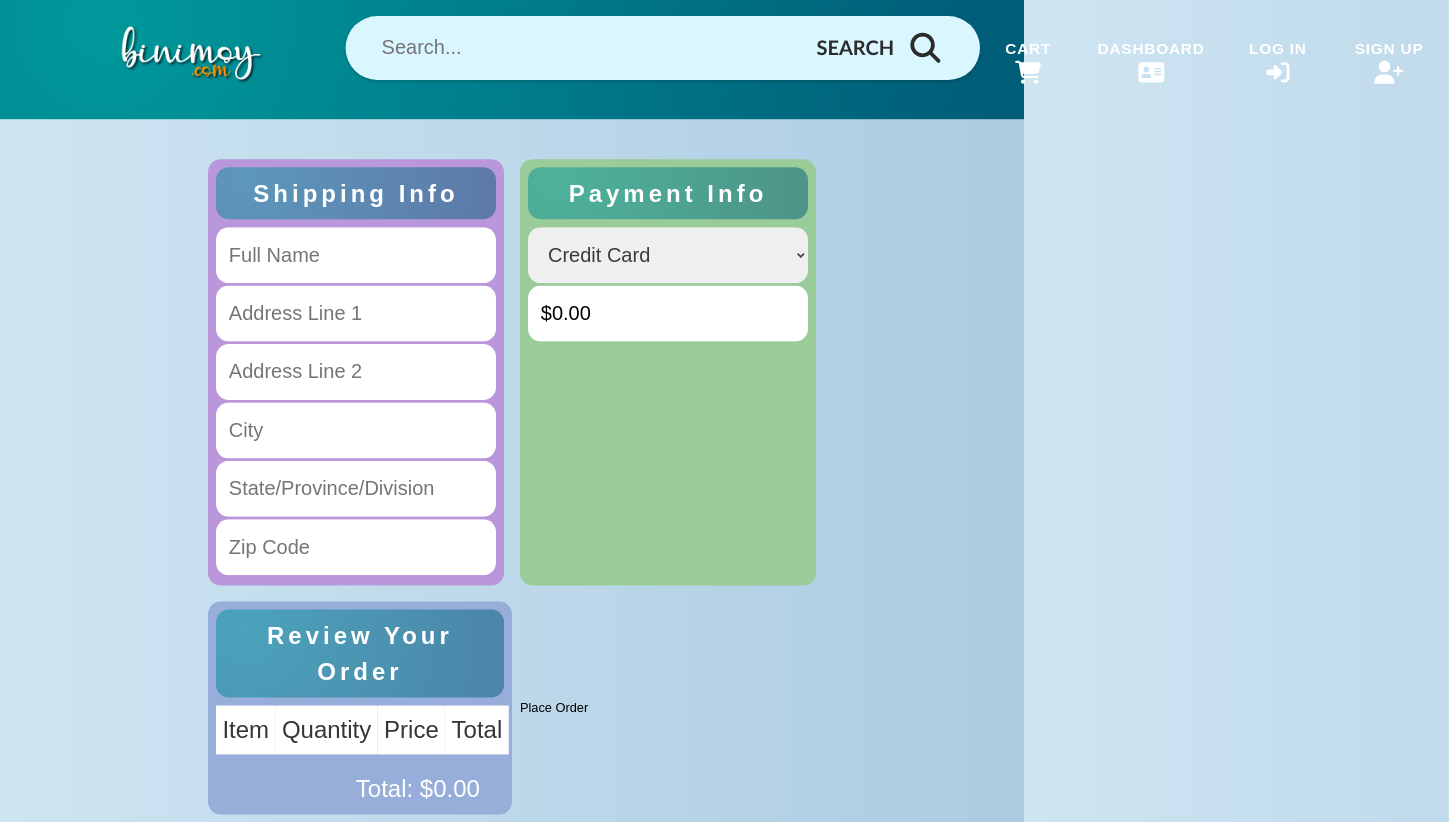
Repository: Shadman2024/2_1_DatabaseProject
Page: /checkout (app in frontend/)
An editor plug-in stored every save of this project. The page is shown before and after the next save, followed by the edit.
The browser window is 1280 px wide. The page is 1811 px wide, so the pictures cover 1811 px, including what lies to the right of the window. The pictures show the whole page, at 80% of full size.
Some web libraries are served in a nearby version. The project was rebuilt for these pictures with package versions that can differ from the ones it lists, and the page was loaded fresh each time. Also part of the build but not shown: frontend/src/App.css, frontend/src/signUp/signup.js, frontend/src/logIn/login.js, frontend/src/Home/home.module.css, frontend/src/Home/hero.js, frontend/src/Home/hero2.js, frontend/src/Home/hero3.js, frontend/src/Home/smallcategory.module.css and 31 more.

Above is the page before, as saved 2024-03-08 15:44:00.

After the next save:
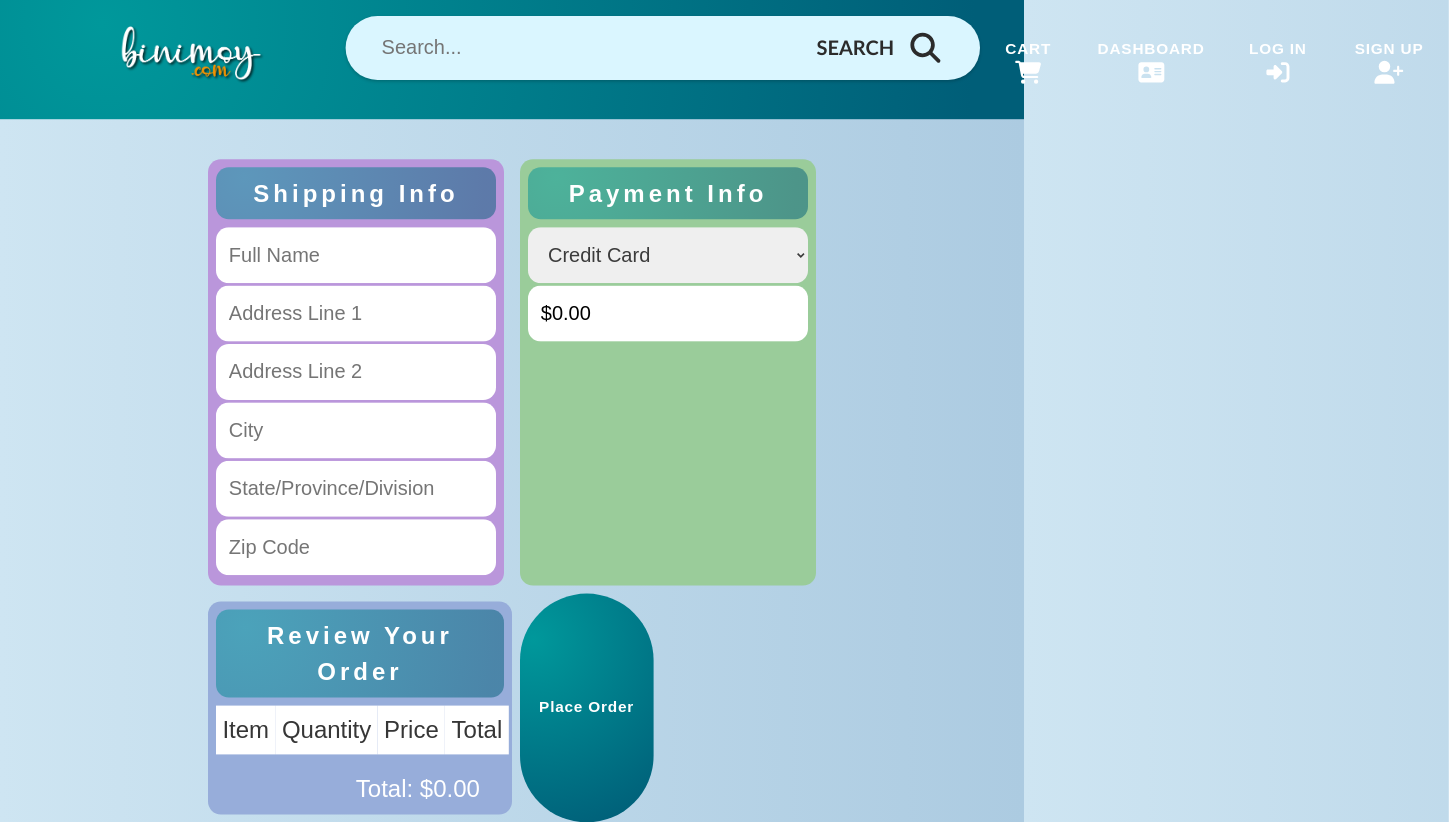
Saved 17 s later.
--- a/frontend/src/checkout/checkout.module.css
+++ b/frontend/src/checkout/checkout.module.css
@@ -155,3 +155,59 @@ input[type="text"]:focus {
     /* text-align: center; */
     margin-right: 30px;
   }
+
+
+  .animated_button {
+    position: relative;
+    display: inline-block;
+    padding: 12px 24px;
+    border: none;
+    font-size: 16px;
+    background-image: radial-gradient( circle farthest-corner at 10% 20%,  rgba(0,152,155,1) 0.1%, rgba(0,94,120,1) 94.2% );
+    border-radius: 100px;
+    font-weight: 600;
+    color: rgb(255, 255, 255);
+    box-shadow: 0 0 0 2px #ffffff00;
+    cursor: pointer;
+    overflow: hidden;
+    transition: all 0.6s cubic-bezier(0.23, 1, 0.320, 1);
+    text-align: center;
+    font-size: 1.2rem;
+    /* font-weight: bold; */
+    letter-spacing: 1px;
+    /* padding-bottom: 30px; */
+  }
+
+  .animated_button span:last-child {
+    position: absolute;
+    top: 50%;
+    left: 50%;
+    transform: translate(-50%, -50%);
+    width: 20px;
+    height: 20px;
+    background-color: rgb(71, 0, 73);
+    /* color: #000; */
+    border-radius: 50%;
+    opacity: 0;
+    transition: all 0.8s cubic-bezier(0.23, 1, 0.320, 1);
+  }
+
+  .animated_button span:first-child {
+    position: relative;
+    z-index: 1;
+  }
+
+  .animated_button:hover {
+    box-shadow: 0 0 0 3px #ffffff;
+    color: #2F0332;
+  }
+
+  .animated_button:active {
+    scale: 0.95;
+  }
+
+  .animated_button:hover span:last-child {
+    width: 150px;
+    height: 150px;
+    opacity: 1;
+  }
